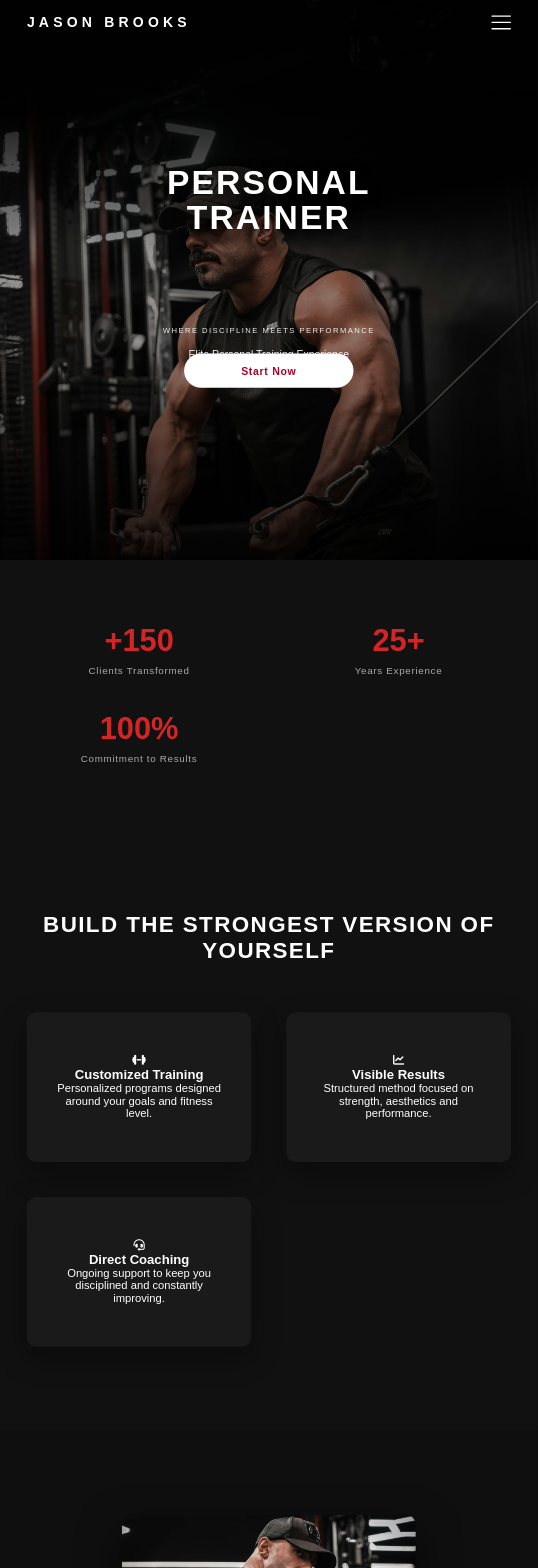
Repository: davidfsillva/Jason-Brooks
Page: index.html
The author's editor kept a copy of each file at every save. The page is drawn from the files as they stood at one save, then again after a run of saves.
The browser window is 768 px wide. The pictures show the part of the page from y = 0 to 2240 px (the page is 3883 px tall before and 3913 px after), at 70% of full size.
Some web fonts or font styles are not loaded; a fallback is used.

Above is the page before, as saved 2026-02-21 17:24:20.

### index.html
<!DOCTYPE html>
<html lang="en">
<head>
    <!-- META SEO -->
    <meta charset="UTF-8">
    <meta name="viewport" content="width=device-width, initial-scale=1.0">

    <title>Axon Performance | Personal Trainer</title>
    <meta name="description" content="Personal trainer focused on performance, aesthetics and real physical transformation. Customized training programs for serious results.">

    <!-- Open Graph -->
    <meta property="og:title" content="Axon Performance | Personal Trainer">
    <meta property="og:description" content="Customized training programs focused on performance and transformation.">
    <meta property="og:type" content="website">
    <meta property="og:image" content="https://yourdomain.com/preview.jpg">

    <!-- Font Awesome (removido duplicado) -->
    <link rel="stylesheet" href="https://cdnjs.cloudflare.com/ajax/libs/font-awesome/6.5.1/css/all.min.css">

    <!-- Canonical -->
    <link rel="canonical" href="https://yourdomain.com/">

    <!-- CSS -->
    <link rel="stylesheet" href="style.css">

    <!-- JS -->
    <script src="script.js" defer></script>
</head>

<body>

    <!-- ================= HEADER ================= -->
    <header class="header">
        <div class="container nav-container">
            <div class="logo">JASON BROOKS </div>

            <nav class="nav" id="nav">
                <a href="#home" class="active">Home</a>
                <a href="#benefits">Benefits</a>
                <a href="#about">About</a>
                <a href="#contact">Contact</a>
            </nav>

            <button
                class="menu-toggle"
                id="menu-toggle"
                aria-label="Toggle navigation menu"
                aria-expanded="false">

                <span class="hamburger">
                    <span></span>
                    <span></span>
                    <span></span>
                </span>

            </button>
        </div>
    </header>

    <!-- ================= HERO ================= -->
    <section class="hero">

        <div class="hero-overlay"></div>

        <div class="hero-content">

            <h1>PERSONAL<br>TRAINER</h1>

            <p class="hero-small">Where Discipline Meets Performance</p>

            <p class="hero-sub">Elite Personal Training Experience</p>
            <a href="#" class="btn-primary">Start Now</a>
        </div>

    </section>

    <!-- ================= STATS ================= -->
    <section class="stats">
        <div class="container stats-grid">
            <div class="stat-item">
                <h3>+150</h3>
                <p>Clients Transformed</p>
            </div>
            <div class="stat-item">
                <h3>25+</h3>
                <p>Years Experience</p>
            </div>
            <div class="stat-item">
                <h3>100%</h3>
                <p>Commitment to Results</p>
            </div>
        </div>
    </section>

    <!-- ================= BENEFITS ================= -->
    <section class="benefits" id="benefits">
        <div class="container">
            <h2 class="section-title fade-in">Build the Strongest Version of Yourself</h2>

            <div class="benefits-grid">

                <div class="benefit-card fade-in">
                    <i class="fa-solid fa-dumbbell"></i>
                    <h3>Customized Training</h3>
                    <p>Personalized programs designed around your goals and fitness level.</p>
                </div>

                <div class="benefit-card fade-in">
                    <i class="fa-solid fa-chart-line"></i>
                    <h3>Visible Results</h3>
                    <p>Structured method focused on strength, aesthetics and performance.</p>
                </div>

                <div class="benefit-card fade-in">
                    <i class="fa-solid fa-headset"></i>
                    <h3>Direct Coaching</h3>
                    <p>Ongoing support to keep you disciplined and constantly improving.</p>
                </div>

            </div>
        </div>
    </section>

    <!-- ================= ABOUT ================= -->
    <section class="about" id="about">
        <div class="container about-container fade-in">

            <div class="about-image">
                <img src="img/hero2.webp" alt="Professional personal trainer coaching client">
            </div>

            <div class="about-text">
                <h2>About Jason Performance</h2>
                <p>
                    Specialist in body transformation and high performance training.
                    My methodology is built on discipline, science and measurable progress.
                </p>
                <p>
                    If you're serious about real, consistent results,
                    this is where your next level begins.
                </p>
                <a href="#contact" class="btn-secondary">Work With Me</a>
            </div>

        </div>
    </section>

    <!-- ================= CTA ================= -->
    <section class="cta" id="contact">
        <div class="container fade-in">
            <h2>Ready to Elevate Your Performance?</h2>
            <p>Fill out the form below and start your transformation today.</p>

            <form id="contact-form" class="contact-form" novalidate>
                <input
                    type="text"
                    id="name"
                    placeholder="Your Name"
                    required
                    aria-label="Your Name">

                <input
                    type="email"
                    id="email"
                    placeholder="Your Email"
                    required
                    aria-label="Your Email">

                <button type="submit" class="btn-primary">
                    Start Now
                </button>

                <p id="form-message" role="alert"></p>
            </form>
        </div>
    </section>

    <!-- ================= FOOTER ================= -->
    <footer class="footer">
        <p>© 2026 Jason Brooks - All Rights Reserved</p>
    </footer>

</body>
</html>

### style.css
/* ================= FONT ================= */
@font-face {
    font-family: 'TT Answer';
    src: url('fonts/TTAnswer-Regular.woff2') format('woff2');
    font-weight: 400;
    font-style: normal;
}

@font-face {
    font-family: 'TT Answer';
    src: url('fonts/TTAnswer-Medium.woff2') format('woff2');
    font-weight: 500;
    font-style: normal;
}

@font-face {
    font-family: 'TT Answer';
    src: url('fonts/TTAnswer-Bold.woff2') format('woff2');
    font-weight: 700;
    font-style: normal;
}


/* ================= DESIGN SYSTEM ================= */
:root {
    --primary: #b0002a;
    --primary-light: #d32525;
    --dark: #0f0f0f;
    --dark-light: #1a1a1a;
    --text: #ffffff;
    --text-muted: #aaaaaa;
    --radius: 14px;
    --transition: 0.3s ease;
}


/* ================= RESET ================= */
* {
    margin: 0;
    padding: 0;
    box-sizing: border-box;
}

body {
    font-family: 'Playfair Display', sans-serif;
    background: var(--dark);
    color: var(--text);
    scroll-behavior: smooth;
    -webkit-font-smoothing: antialiased;

}

.container {
    width: 90%;
    max-width: 1200px;
    margin: auto;
}


/* ================= HEADER ================= */
header {
    position: fixed;
    top: 0;
    left: 0;
    width: 100%;
    padding: 20px 0;
    background: transparent;
    z-index: 10;
    transition: 0.3s ease;

}

.nav-container {
    display: flex;
    justify-content: space-between;
    align-items: center;
}

.logo {
    font-size: 20px;
    font-weight: 700;
    letter-spacing: 6px;
    text-transform: uppercase;
}

/* ================= MENU PILL ================= */
.nav {
    display: flex;
    align-items: center;
    padding: 6px;
    border-radius: 40px;
    background: rgba(255,255,255,0.08);
    backdrop-filter: blur(12px);
    border: 1px solid rgba(255,255,255,0.15);
}

.nav a {
    text-decoration: none;
    color: white;
    font-size: 13px;
    font-weight: 500;
    padding: 8px 18px;
    border-radius: 30px;
    transition: 0.3s ease;
}

.nav a.active {
    background: rgba(255, 255, 255, 0.185);
    color: white;
}

.nav a:hover {
    color: var(--primary-light);
}

.menu-toggle {
    display: none;
    font-size: 26px;
    cursor: pointer;
}

.header.scrolled {
    background: rgba(0,0,0,0.85);
    padding: 15px 0;
}

/* ================= HAMBURGER PREMIUM ================= */

.menu-toggle {
    background: none;
    border: none;
    cursor: pointer;
    display: none;
    z-index: 1100;
}

.hamburger {
    width: 28px;
    height: 20px;
    position: relative;
    display: flex;
    flex-direction: column;
    justify-content: space-between;
    transition: 0.4s ease;
}

.hamburger span {
    height: 2px;
    width: 100%;
    background: var(--text);
    border-radius: 2px;
    transition: 0.4s ease;
    transform-origin: center;
}

/* ================= ANIMAÇÃO ATIVO ================= */

.menu-toggle.active .hamburger {
    transform: rotate(180deg);
}

.menu-toggle.active .hamburger span:nth-child(1) {
    transform: translateY(9px) rotate(45deg);
}

.menu-toggle.active .hamburger span:nth-child(2) {
    opacity: 0;
}

.menu-toggle.active .hamburger span:nth-child(3) {
    transform: translateY(-9px) rotate(-45deg);
}



/* ================= HERO ================= */
.hero {
    min-height: 100vh;
    width: 100%;
    position: relative;
    display: flex;
    align-items: center;
    justify-content: flex-start; /* joga conteúdo para esquerda */
    padding: 0 8%;
    overflow: hidden;

    background: url("img/herodes2.webp") right center / cover no-repeat;
}

.hero-overlay {
    position: absolute;
    inset: 0;
    z-index: 1;

    background:
        linear-gradient(
            90deg,
            rgba(0,0,0,0.85) 0%,
            rgba(0,0,0,0.75) 35%,
            rgba(0,0,0,0.4) 60%,
            rgba(0,0,0,0.1) 80%,
            rgba(0,0,0,0) 100%
        );
}

.hero-content {
    position: relative;
    z-index: 2;
    max-width: 600px;
    text-align: left;
}

.hero-content h1 {
    font-size: 85px;
    line-height: 1.05;
}

.hero-small {
    font-size: 13px;
    letter-spacing: 3px;
    text-transform: uppercase;
    margin-bottom: 15px;
    opacity: 0.8;
}

.hero-content h1 {
    font-size: 80px;
    line-height: 1.1;
}

.hero-sub {
    margin: 25px 0;
    font-size: 15px;
    font-weight: 400;
    opacity: 0.9;
}

.hero-image-side {
    flex: 1;
    display: flex;
    justify-content: flex-end;
    align-items: center; /* centraliza verticalmente */
    padding-right: 70px;
}

.hero-image-side img {
    width: 95%;
    max-width: 480px;

    -webkit-mask-image: linear-gradient(
        135deg,
        transparent 0%,
        black 40%,
        black 60%,
        transparent 100%
    );

    mask-image: linear-gradient(
        135deg,
        transparent 0%,
        black 40%,
        black 60%,
        transparent 100%
    );
}




/* ================= BUTTONS ================= */
.btn-primary {
    display: inline-block;
    padding: 14px 36px;
    background: var(--text);
    color: var(--primary);
    text-decoration: none;
    font-weight: 600;
    border-radius: 30px;
    letter-spacing: 1px;
    transition: var(--transition);
}

.btn-primary:hover {
    background: var(--primary-light);
    color: white;
    transform: translateY(-3px);
}

.btn-secondary {
    display: inline-block;
    margin-top: 20px;
    padding: 12px 30px;
    border: 2px solid var(--primary);
    color: var(--primary);
    text-decoration: none;
    border-radius: 30px;
    font-weight: 500;
    transition: var(--transition);
}

.btn-secondary:hover {
    background: var(--primary);
    color: white;
}


/* ================= STATS ================= */
.stats {
    background: #111;
    padding: 90px 0;
    text-align: center;
}

.stats-grid {
    display: grid;
    grid-template-columns: repeat(auto-fit, minmax(200px, 1fr));
    gap: 50px;
}

.stat-item h3 {
    font-size: 44px;
    font-weight: 700;
    color: var(--primary-light);
}

.stat-item p {
    margin-top: 10px;
    font-size: 14px;
    color: var(--text-muted);
    letter-spacing: 1px;
}


/* ================= BENEFITS ================= */
.benefits {
    padding: 120px 0;
    background: #111;
    text-align: center;
}

.section-title {
    margin-bottom: 70px;
    font-size: 32px;
    font-weight: 700;
    letter-spacing: 2px;
    text-transform: uppercase;
}

.benefits-grid {
    display: grid;
    grid-template-columns: repeat(auto-fit, minmax(260px, 1fr));
    gap: 50px;
}

.benefit-card {
    background: var(--dark-light);
    padding: 60px 35px;
    border-radius: var(--radius);
    transition: var(--transition);
    box-shadow: 0 15px 40px rgba(0,0,0,0.4);
}

.benefit-card:hover {
    transform: translateY(-10px);
    background: #222;
}

.icon {
    font-size: 32px;
    color: var(--primary-light);
    margin-bottom: 25px;
    transition: 0.3s ease;
}

.benefit-card:hover .icon {
    transform: scale(1.15);
    color: white;
}


/* ================= ABOUT ================= */
.about {
    padding: 120px 0;
    background: var(--dark);
}

.about-container {
    display: flex;
    gap: 70px;
    align-items: center;
    flex-wrap: wrap;
}

.about-image img {
    width: 100%;
    max-width: 420px;
    border-radius: var(--radius);
    box-shadow: 0 25px 60px rgba(0,0,0,0.6);
}

.about-text {
    flex: 1;
}

.about h2 {
    margin-bottom: 25px;
    font-weight: 700;
}

.about p {
    margin-bottom: 18px;
    line-height: 1.7;
    font-size: 15px;
    color: var(--text-muted);
}


/* ================= CTA PREMIUM ================= */
.cta {
    padding: 140px 0;
    background: radial-gradient(circle at top left, rgba(255,0,80,0.25), transparent 60%),
                linear-gradient(120deg, #5a0015, #b0002a);
    text-align: center;
    position: relative;
}

.cta h2 {
    font-size: 36px;
    margin-bottom: 15px;
    letter-spacing: 2px;
    text-transform: uppercase;
}

.cta p {
    color: rgba(255,255,255,0.8);
    margin-bottom: 40px;
    font-size: 15px;
}

/* Card do formulário */
.contact-form {
    background: rgba(255,255,255,0.06);
    backdrop-filter: blur(18px);
    padding: 45px 35px;
    border-radius: 20px;
    display: flex;
    flex-direction: column;
    gap: 18px;
    max-width: 420px;
    margin: auto;
    box-shadow: 0 30px 60px rgba(0,0,0,0.5);
    border: 1px solid rgba(255,255,255,0.08);
}

/* Inputs */
.contact-form input {
    padding: 16px 20px;
    border-radius: 30px;
    border: 1px solid rgba(255,255,255,0.15);
    background: rgba(0,0,0,0.4);
    color: white;
    font-family: 'TT Answer', sans-serif;
    font-size: 14px;
    transition: 0.3s ease;
}

.contact-form input::placeholder {
    color: rgba(255,255,255,0.5);
}

.contact-form input:focus {
    border-color: var(--primary-light);
    box-shadow: 0 0 0 3px rgba(255,45,85,0.2);
    outline: none;
}

/* Botão */
.contact-form button {
    padding: 15px;
    border-radius: 30px;
    border: none;
    background: white;
    color: var(--primary);
    font-weight: 600;
    letter-spacing: 1px;
    cursor: pointer;
    transition: 0.3s ease;
}

.contact-form button:hover {
    background: var(--primary-light);
    color: white;
    transform: translateY(-3px);
    box-shadow: 0 10px 25px rgba(0,0,0,0.4);
}

/* Mensagem */
#form-message {
    margin-top: 12px;
    font-size: 14px;
    color: #ffffffcc;
}


/* ================= FOOTER ================= */
.footer {
    text-align: center;
    padding: 30px;
    background: #000;
    font-size: 13px;
    letter-spacing: 1px;
    color: var(--text-muted);
}


/* ================= ANIMATION ================= */
.fade-in {
    opacity: 0;
    transform: translateY(30px);
    transition: 0.8s ease;
}

.fade-in.visible {
    opacity: 1;
    transform: translateY(0);
}

section {
    scroll-margin-top: 120px;
}


/* ================= RESPONSIVE ================= */

@media (max-width: 768px) {

    /* ===== HERO ESTRUTURA ===== */
    .hero {
        position: relative;
        display: flex;
        flex-direction: column;
        justify-content: center;   /* CENTRALIZA VERTICAL */
        align-items: center;       /* CENTRALIZA HORIZONTAL */
        min-height: 100vh;
        padding: 0 20px;
        text-align: center;
        background: url("img/heromobile.webp") center 35% / cover no-repeat;
    }

    /* ===== FADE PROFISSIONAL CINEMATOGRÁFICO ===== */
    .hero-overlay {
        position: absolute;
        inset: 0;
        background: linear-gradient(
            180deg,
            rgba(0,0,0,0.95) 0%,
            rgba(0,0,0,0.85) 20%,
            rgba(0,0,0,0.35) 45%,
            rgba(0,0,0,0.35) 65%,
            rgba(0,0,0,0.9) 100%
        );
        z-index: 1;
    }

    .hero-content {
        position: relative;
        z-index: 2;
        display: flex;
        flex-direction: column;
        align-items: center;
        justify-content: center;
        gap: 20px;
    }

    /* ===== PERSONAL TRAINER (TOPO) ===== */
    .hero-content h1 {
        font-size: 48px;
        line-height: 1.05;
        letter-spacing: 3px;
        margin-top: -150px;
        text-shadow: 0 5px 20px rgba(0,0,0,0.6);
        text-align: center;
    }

    /* ===== PARTE INFERIOR ===== */
    .hero-small {
        font-size: 11px;
        letter-spacing: 2px;
        margin-bottom: -25px;
        opacity: 0.9;
        text-align: center;
    }

    .hero-small,
    .hero-sub,
    .btn-primary {
        transform: translateY(110px);
}

    .hero-sub {
        font-size: 15px;
        margin-bottom: -30px;
        opacity: 0.95;
        text-align: center;

    }

    /* ===== BOTÃO MAIS LARGO ===== */
    .btn-primary {
        width: 80%;
        max-width: 300px;
        padding: 16px 0;
        font-size: 15px;
        border-radius: 40px;
        text-align: center;
        margin-bottom: -30px;
    }

    /* ===== MENU MOBILE ===== */
    .nav {
        position: absolute;
        top: 80px;
        right: 0;
        background: black;
        flex-direction: column;
        width: 220px;
        padding: 25px;
        display: none;
    }

    .nav.active {
        display: flex;
    }

    .menu-toggle {
        display: block;
    }

    /* ===== ABOUT RESPONSIVO ===== */
    .about-container {
        flex-direction: column;
        text-align: center;
    }
}

### script.js
// ================= MENU MOBILE =================
const toggle = document.getElementById("menu-toggle");
const nav = document.getElementById("nav");
const icon = toggle.querySelector("i");

toggle.addEventListener("click", () => {

    const isActive = nav.classList.toggle("active");

    toggle.classList.toggle("active");
    toggle.setAttribute("aria-expanded", isActive);

    // Troca ícone
    if (isActive) {
        icon.classList.remove("fa-bars");
        icon.classList.add("fa-xmark");
    } else {
        icon.classList.remove("fa-xmark");
        icon.classList.add("fa-bars");
    }
});

// ================= HEADER SCROLL EFFECT =================
const header = document.querySelector(".header");

if (header) {
    window.addEventListener("scroll", () => {
        header.classList.toggle("scrolled", window.scrollY > 50);
    });
}


/*
IMPORTANTE:
Adicione isso no CSS:

.header.scrolled {
    background: rgba(0,0,0,0.85);
    padding: 15px 0;
}
*/


// ================= SCROLL REVEAL =================
const faders = document.querySelectorAll(".fade-in");

if ("IntersectionObserver" in window && faders.length > 0) {

    const appearOptions = {
        threshold: 0.15,
        rootMargin: "0px 0px -50px 0px"
    };

    const appearOnScroll = new IntersectionObserver((entries, observer) => {
        entries.forEach(entry => {

            if (!entry.isIntersecting) return;

            entry.target.classList.add("visible");
            observer.unobserve(entry.target);

        });
    }, appearOptions);

    faders.forEach((el, index) => {
        el.style.transitionDelay = `${index * 0.1}s`;
        appearOnScroll.observe(el);
    });
}


// ================= FORM VALIDATION =================
const form = document.getElementById("contact-form");
const message = document.getElementById("form-message");

if (form && message) {

    form.addEventListener("submit", function(e){
        e.preventDefault();

        const name = document.getElementById("name").value.trim();
        const email = document.getElementById("email").value.trim();

        const emailRegex = /^[^\s@]+@[^\s@]+\.[^\s@]+$/;

        if (name.length < 3) {
            message.textContent = "Please enter a valid name (min. 3 characters).";
            message.style.color = "yellow";
            return;
        }

        if (!emailRegex.test(email)) {
            message.textContent = "Please enter a valid email address.";
            message.style.color = "yellow";
            return;
        }

        message.textContent = "Message sent successfully!";
        message.style.color = "lightgreen";

        form.reset();
    });
}

const sections = document.querySelectorAll("section");
const navLinks = document.querySelectorAll(".nav a");

window.addEventListener("scroll", () => {
  let current = "";

  sections.forEach(section => {
    const sectionTop = section.offsetTop - 150;
    if (scrollY >= sectionTop) {
      current = section.getAttribute("id");
    }
  });

  navLinks.forEach(link => {
    link.classList.remove("active");
    if (link.getAttribute("href") === "#" + current) {
      link.classList.add("active");
    }
  });
});

After the next 7 saves:
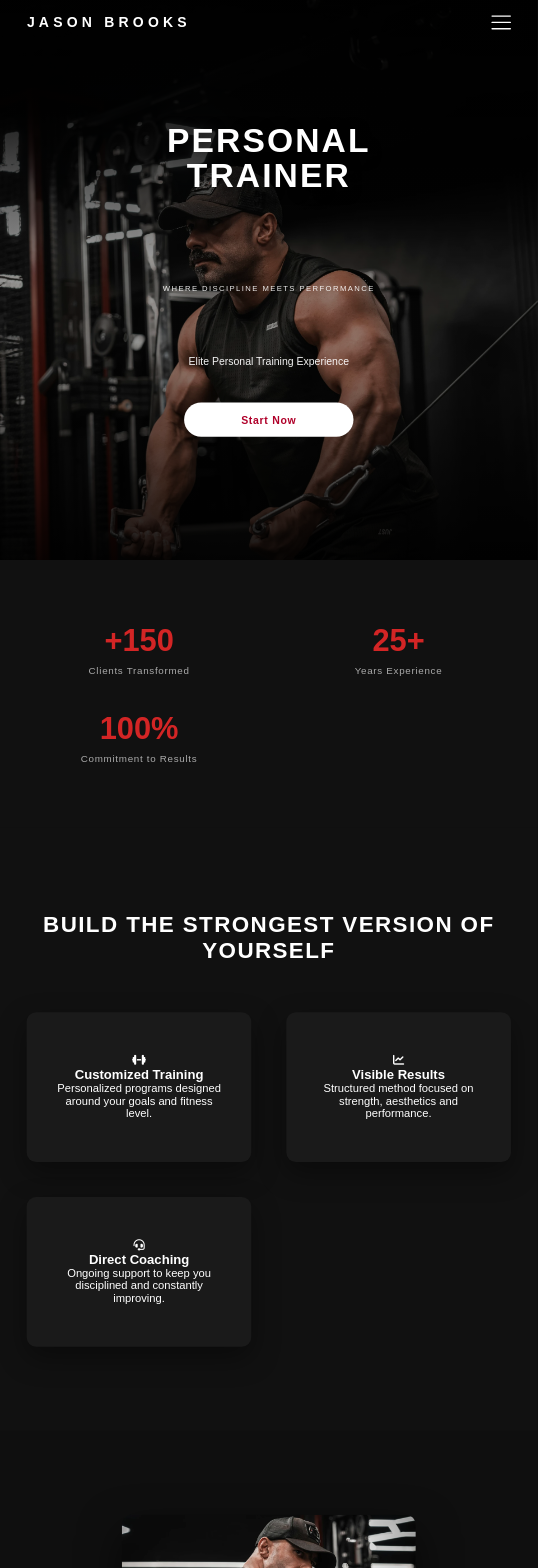
The 7 saves are shown as one change because they came seconds apart.
The last was saved 18 s later.
--- a/style.css
+++ b/style.css
@@ -577,7 +577,7 @@ section {
         font-size: 48px;
         line-height: 1.05;
         letter-spacing: 3px;
-        margin-top: -150px;
+        margin-top: -110px;
         text-shadow: 0 5px 20px rgba(0,0,0,0.6);
         text-align: center;
     }
@@ -586,7 +586,7 @@ section {
     .hero-small {
         font-size: 11px;
         letter-spacing: 2px;
-        margin-bottom: -25px;
+        margin-bottom: 45px;
         opacity: 0.9;
         text-align: center;
     }
@@ -599,9 +599,9 @@ section {
 
     .hero-sub {
         font-size: 15px;
-        margin-bottom: -30px;
+        margin-bottom: 30px;
         opacity: 0.95;
-        text-align: center;
+                text-align: center;
 
     }
 
@@ -613,7 +613,6 @@ section {
         font-size: 15px;
         border-radius: 40px;
         text-align: center;
-        margin-bottom: -30px;
     }
 
     /* ===== MENU MOBILE ===== */
